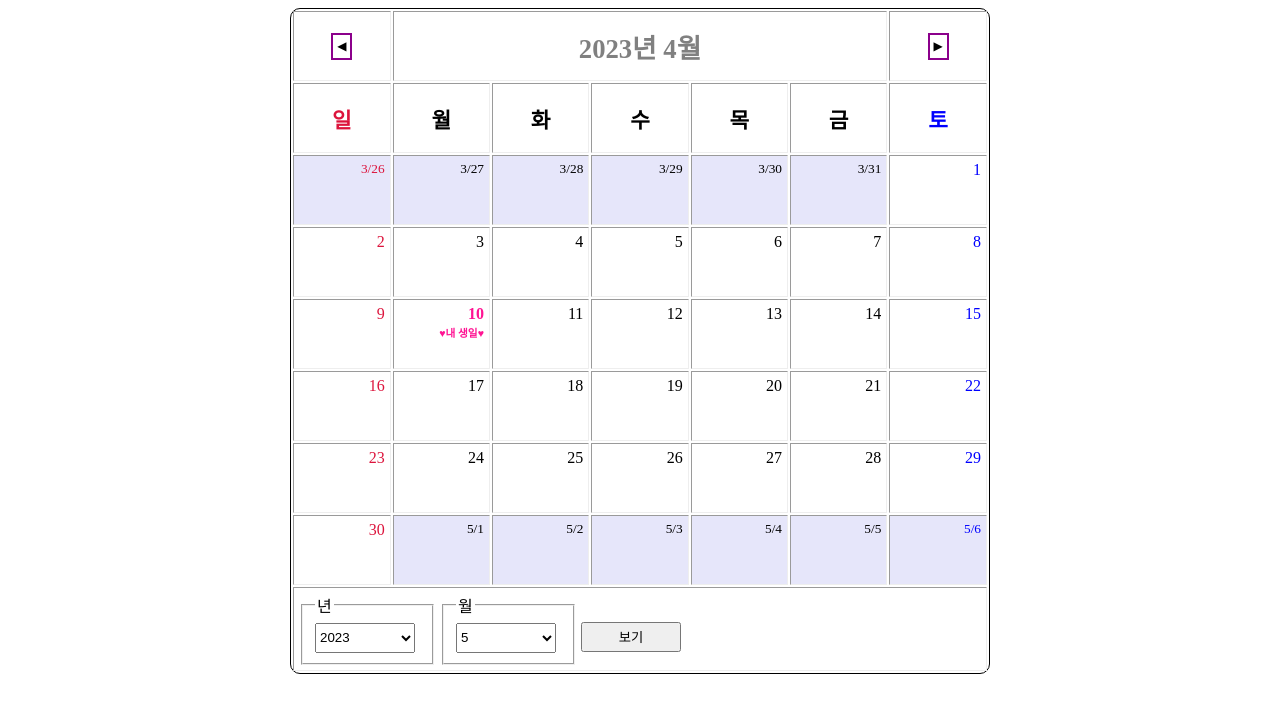
Repository: sangah-park98/jsp-class
Page: http://localhost/k20230502_1_calendar/calendar.jsp?year=2023&month=4
An editor plug-in stored every save of this project. The page is shown before and after the next save, followed by the edit.
The browser window is 1280 px wide. The pictures show the whole page.
The page is served by Tomcat 9.

Above is the page before, as saved 2023-05-02 09:55:12.

After the next save:
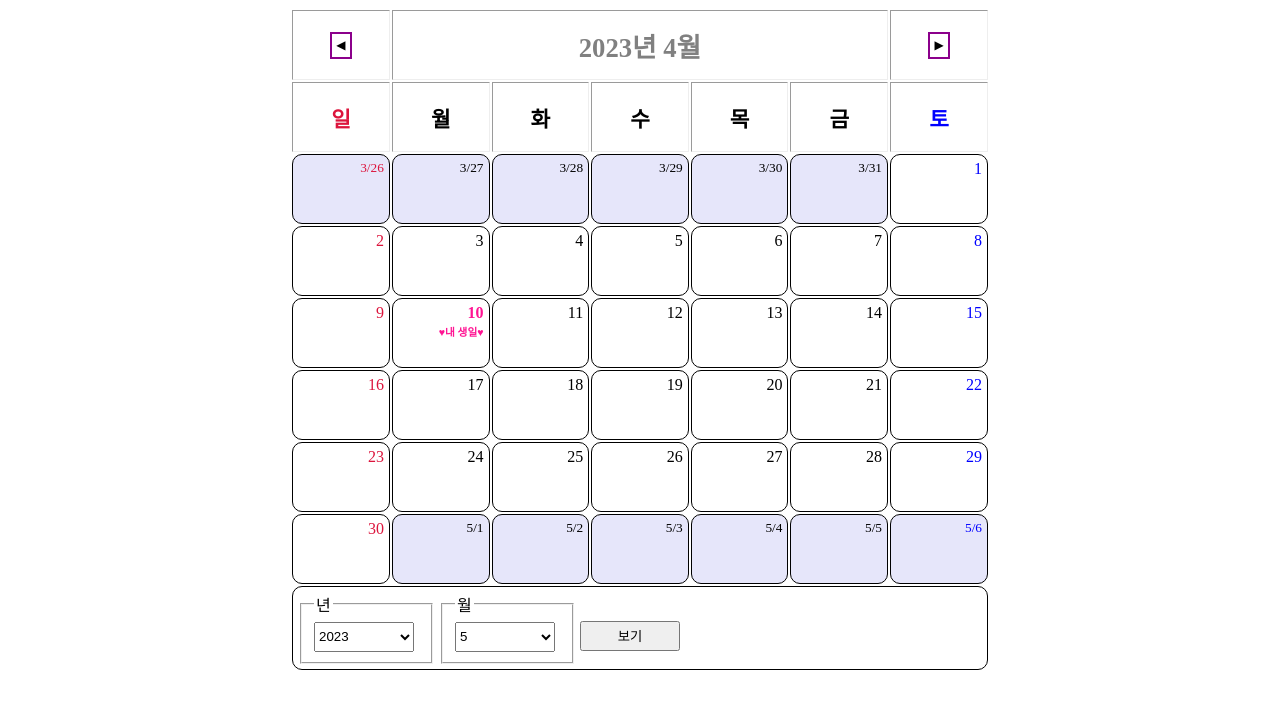
Saved 114 s later.
--- a/k20230502_1_calendar/src/main/webapp/calendar.jsp
+++ b/k20230502_1_calendar/src/main/webapp/calendar.jsp
@@ -12,11 +12,11 @@
 
 	table{
 		/* border: 선두께 선종류 선색상 */
-		border: 1px solid;
-		border-radius: 10px;
+		border: 0px solid;
 	}
 	tr {
 		height: 70px;
+		border-width: 0px;
 		font-family: SB 어그로;
 	}
 	th {
@@ -37,6 +37,8 @@
 	td {
 		text-align: right; /* 수평 정렬 */
 		vertical-align: top; /* 수직 정렬 top, middle, bottom */
+		border: 1px solid black;
+		border-radius: 10px;
 	}
 
 	td.sun {
